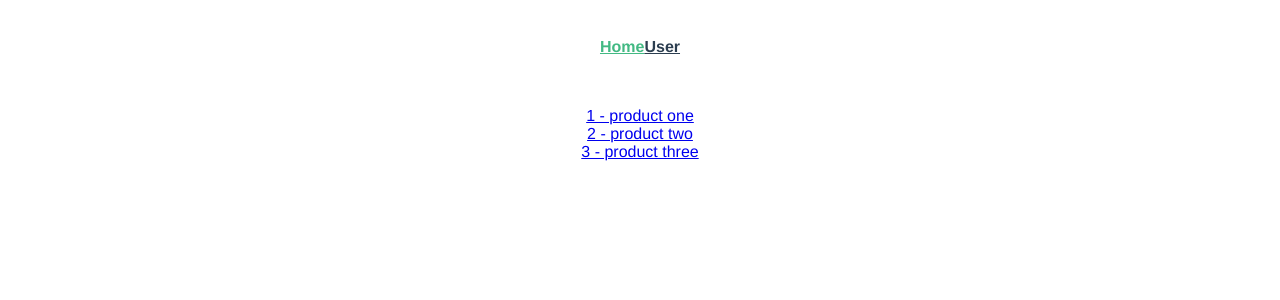
Repository: wolkenheim/vue2-typescript-rxjs-playground
Page: /
These files come from the project's save history. The page is drawn as it stood at one moment and after the next save; the edit follows.
The browser window is 1280 px wide. The pictures show the whole page.
The project was rebuilt for these pictures with package versions that can differ from the ones it lists, and the page was loaded fresh each time. Requests to the local data server were answered from the project's data file. Also part of the build but not shown: src/components/BriefingDetail.vue.

Above is the page before, as saved 2020-11-05 17:56:52.

### src/App.vue
<template>
  <div id="app">
    <div id="nav">
      <router-link to="/">Home</router-link>
      <router-link :to="{ name: 'BriefingDetail', params: { briefingId: 1 } }"
        >User</router-link
      >
    </div>
    <router-view />
  </div>
</template>

<style>
#app {
  font-family: Avenir, Helvetica, Arial, sans-serif;
  -webkit-font-smoothing: antialiased;
  -moz-osx-font-smoothing: grayscale;
  text-align: center;
  color: #2c3e50;
}

#nav {
  padding: 30px;
}

#nav a {
  font-weight: bold;
  color: #2c3e50;
}

#nav a.router-link-exact-active {
  color: #42b983;
}
</style>

### src/router/index.ts
import Vue from 'vue'
import VueRouter, { RouteConfig } from 'vue-router'
import BriefingList from '../components/BriefingList.vue';
import BriefingDetail from '../components/BriefingDetail.vue';

Vue.use(VueRouter)

const routes: Array<RouteConfig> = [
  {
    path: '/',
    name: 'BriefingList',
    component: BriefingList
  },
  {
    path: '/briefing/:briefingId',
    name: 'BriefingDetail',
    component: BriefingDetail,
    props(route) {
      return {
        briefingId: parseInt(route.params.briefingId as string)
      }
    }
  },
]

const router = new VueRouter({
  mode: 'history',
  base: process.env.BASE_URL,
  routes
})

export default router

### src/components/BriefingList.vue
<template>
  <div class="briefing-list">
    <h1>{{ msg }}</h1>

    <div v-for="(briefing, index) in briefingList" :key="index">
      <router-link
        :to="{ name: 'BriefingDetail', params: { briefingId: briefing.id } }"
      >
        {{ briefing.id }} - {{ briefing.name }}
      </router-link>
    </div>
  </div>
</template>

<script lang="ts">
import { Component, Prop, Vue } from "vue-property-decorator";

import { BriefingEntity } from "../briefing/briefing.entity";
import { briefingsService } from "../services/briefings-service.module";

@Component
export default class BriefingList extends Vue {
  @Prop() private msg!: string;
  briefingList: BriefingEntity[] = [];

  created(): void {
    console.log("list created");

    this.fetchAllBriefings();
  }

  fetchAllBriefings(): void {
    this.briefingList = [];
    briefingsService.getBriefings().then(() => {
      this.briefingList = briefingsService.getBriefingList();
    });
  }
}
</script>

### src/services/briefings-service.module.ts
import { BriefingsService } from "./briefings-service";
import { BriefingsRepository } from "./briefings-repository";
import { BriefingsServiceReactive } from './briefings-service-reactive';

const briefingsRepository = new BriefingsRepository();
const briefingsService = new BriefingsService(briefingsRepository);
const briefingsServiceReactive = new BriefingsServiceReactive(briefingsRepository);

export { briefingsService, briefingsServiceReactive }

### src/services/briefings-service.ts
import { BriefingEntity } from "../briefing/briefing.entity";
import { BriefingsRepository } from './briefings-repository';

export class BriefingsService {

    constructor(private readonly briefingsRepository: BriefingsRepository) { }

    private briefingList: BriefingEntity[] = [];

    async getBriefings(): Promise<void> {
        try {
            const result = await this.briefingsRepository.getBriefings();

            if (result.data.length > 0) {
                this.briefingList = [];
                result.data.forEach((rawBriefingEntity: BriefingEntity): void => {
                    this.briefingList.push(rawBriefingEntity);
                })
            }
        } catch (error) {
            console.log(error);
        }

    }

    async getBriefingById(id: number): Promise<BriefingEntity> {
        const result = await this.briefingsRepository.getBriefingById(id);
        return result.data;
    }

    getBriefingList(): BriefingEntity[] {
        return this.briefingList;
    }
}

### src/services/briefings-repository.ts
import { BriefingEntity } from '@/briefing/briefing.entity';
import axios from 'axios';

export class BriefingsRepository {

    getBriefings() {
        return axios.get<BriefingEntity[]>("http://localhost:3022/briefings");
    }

    getBriefingById(id: number) {
        return axios.get<BriefingEntity>("http://localhost:3022/briefings/" + id);
    }
}

### src/services/briefings-service-reactive.ts
import { BehaviorSubject, Observable, Subject } from 'rxjs';
import { BriefingEntity } from "../briefing/briefing.entity";
import { BriefingsRepository } from './briefings-repository';

export class BriefingsServiceReactive {

    state$: Observable<BriefingEntity[]>;
    private _state$: Subject<BriefingEntity[]>;


    constructor(private readonly briefingsRepository: BriefingsRepository) {
        this._state$ = new Subject();
        this.state$ = this._state$.asObservable();
    }

    /*
        get state(): BriefingEntity[] {
            return this._state$
        }
        */
    setState(nextState: BriefingEntity[]): void {
        console.log(nextState);
        this._state$.next(nextState);
    }



    async fetchBriefings(): Promise<void> {
        try {
            const result = await this.briefingsRepository.getBriefings();

            if (result.data.length > 0) {

                this.setState(result.data);

            }
        } catch (error) {
            console.log(error);
        }

    }


    async getBriefingById(id: number): Promise<BriefingEntity> {
        const result = await this.briefingsRepository.getBriefingById(id);
        return result.data;
    }

    /*
    getBriefingList(): BriefingEntity[] {
        return this.briefingList;
    }
    */
}

### db.json
{
    "briefings": [
        {
            "id": 1,
            "name": "product one"
        },
        {
            "id": 2,
            "name": "product two"
        },
        {
            "id": 3,
            "name": "product three"
        }
    ],
    "user": [
        {
            "name": "hello"
        }
    ]
}

Loaded but not shown: public/index.html (common file); src/main.ts (common file); src/store/index.ts (common file)

After the next save:
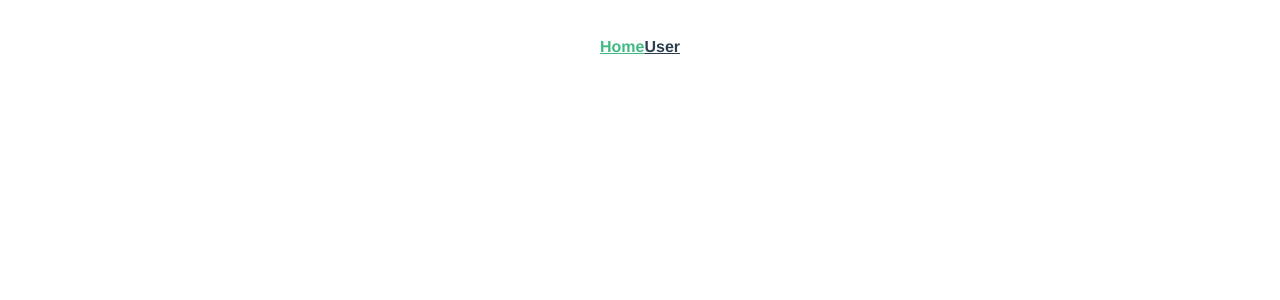
Saved 48 s later.
--- a/src/components/BriefingList.vue
+++ b/src/components/BriefingList.vue
@@ -16,7 +16,10 @@
 import { Component, Prop, Vue } from "vue-property-decorator";
 
 import { BriefingEntity } from "../briefing/briefing.entity";
-import { briefingsService } from "../services/briefings-service.module";
+import {
+  briefingsService,
+  briefingsServiceReactive,
+} from "../services/briefings-service.module";
 
 @Component
 export default class BriefingList extends Vue {
@@ -24,9 +27,11 @@
   briefingList: BriefingEntity[] = [];
 
   created(): void {
-    console.log("list created");
+    briefingsServiceReactive.state$.subscribe((list) => {
+      console.log("subscribe", list);
+    });
 
-    this.fetchAllBriefings();
+    //this.fetchAllBriefings();
   }
 
   fetchAllBriefings(): void {

After the 4 saves that followed:
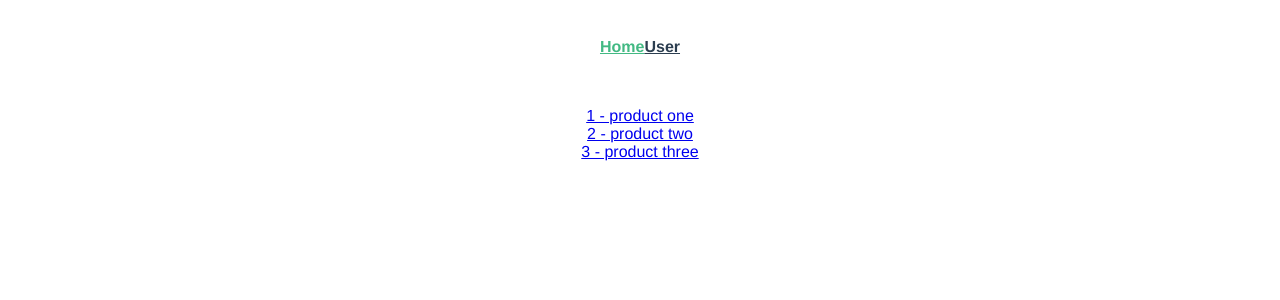
The 4 saves are shown as one change because 3 left the picture as it was.
The last was saved 3 min 49 s later.
--- a/src/components/BriefingList.vue
+++ b/src/components/BriefingList.vue
@@ -27,11 +27,15 @@
   briefingList: BriefingEntity[] = [];
 
   created(): void {
-    briefingsServiceReactive.state$.subscribe((list) => {
-      console.log("subscribe", list);
+    this.subscribeAndInitBriefingList();
+  }
+
+  subscribeAndInitBriefingList() {
+    briefingsServiceReactive.state$.subscribe((briefingList) => {
+      this.briefingList = briefingList;
     });
 
-    //this.fetchAllBriefings();
+    briefingsServiceReactive.getBriefings();
   }
 
   fetchAllBriefings(): void {
--- a/src/services/briefings-service-reactive.ts
+++ b/src/services/briefings-service-reactive.ts
@@ -25,7 +25,7 @@ export class BriefingsServiceReactive {
 
 
 
-    async fetchBriefings(): Promise<void> {
+    async getBriefings(): Promise<void> {
         try {
             const result = await this.briefingsRepository.getBriefings();
 
